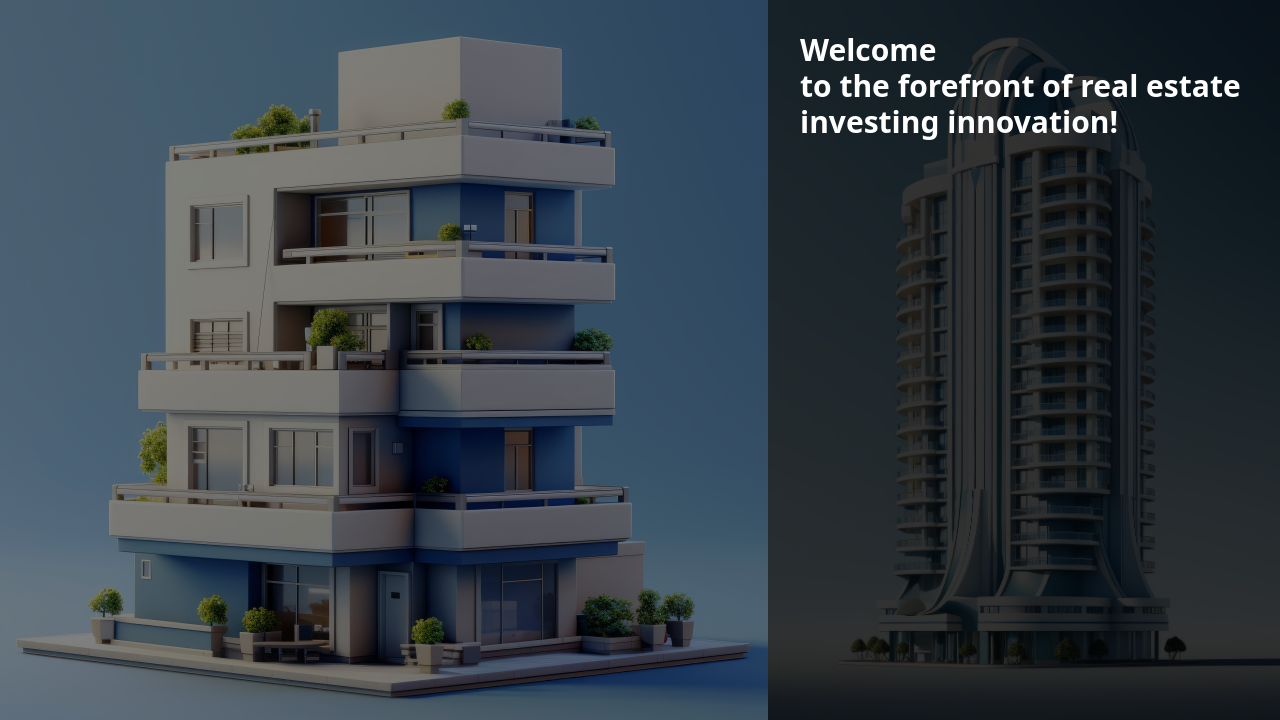
Repository: brytemenz/investnest-landing
Page: /
These files come from the project's save history. The page is drawn as it stood at one moment and after the next save; the edit follows.
The browser window is 1280 px wide. The pictures show the whole page.
The project was rebuilt for these pictures with package versions that can differ from the ones it lists, and the page was loaded fresh each time. Also part of the build but not shown: vite.config.js.

Above is the page before, as saved 2024-05-28 19:21:03.

After the next save:
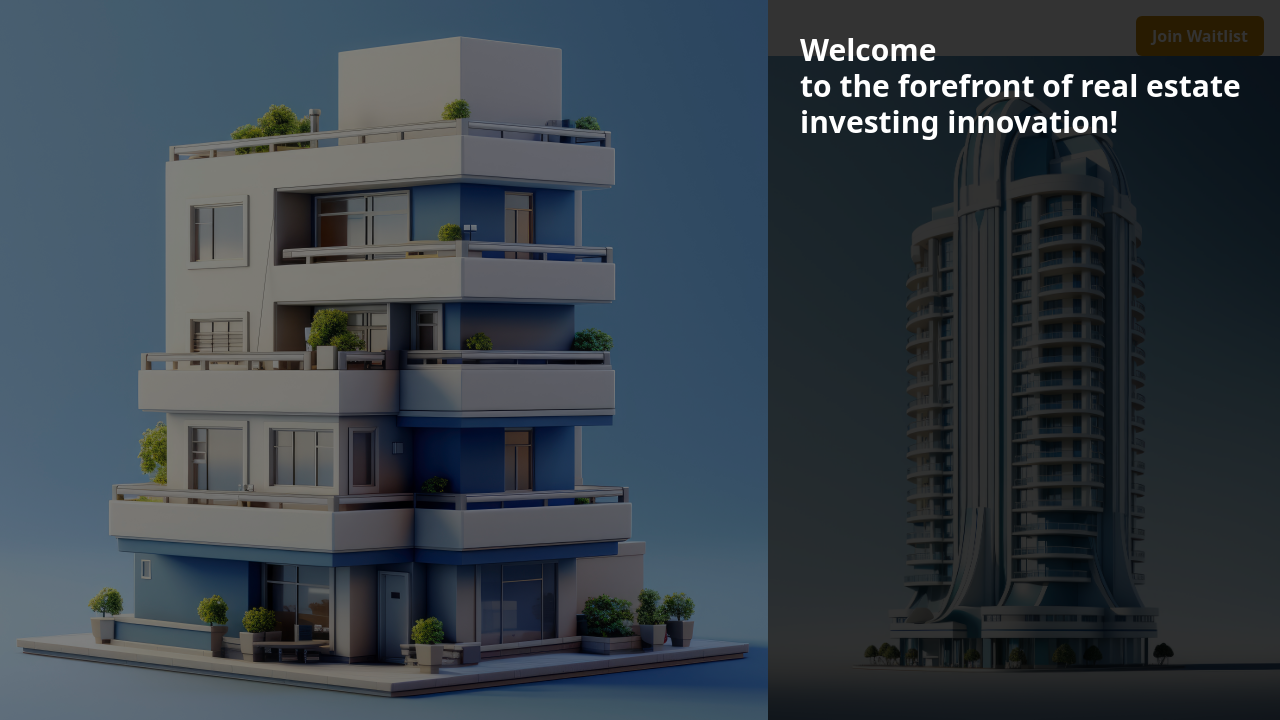
Saved 8 s later.
--- a/src/pages/landingPage.jsx
+++ b/src/pages/landingPage.jsx
@@ -13,6 +13,8 @@
       </div>
 
       <div className="w-2/5 relative flex flex-col justify-end">
+      <button className="bg-yellow-600 text-white px-4 py-2 rounded-md font-bold mt-4 mr-4 self-end">Join Waitlist</button>
+
         <div className="bg-cover bg-center h-full" style={{ backgroundImage: `url(${rightImage})` }}>
           <div className="absolute inset-0 bg-black bg-opacity-80 flex flex-col justify-start items-start text-white px-8">
             <div className="mt-8 text-left">

After the save that followed:
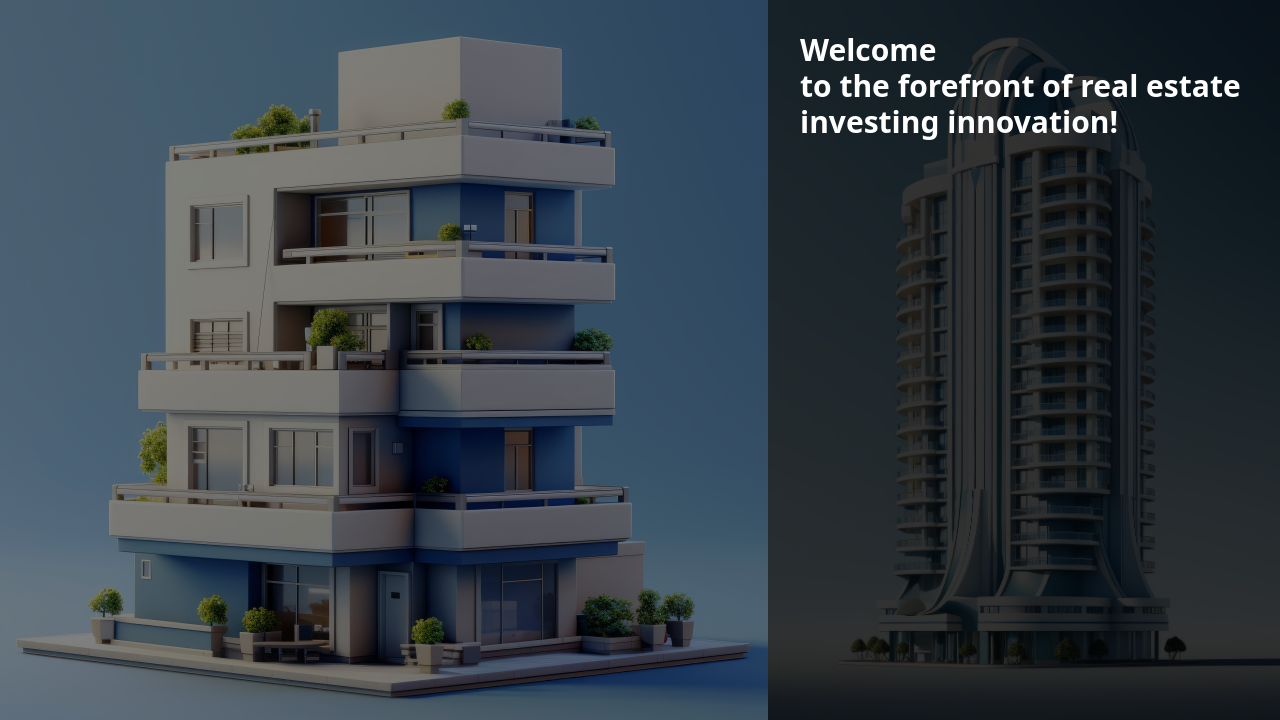
Saved 5 s later.
--- a/src/pages/landingPage.jsx
+++ b/src/pages/landingPage.jsx
@@ -13,7 +13,6 @@
       </div>
 
       <div className="w-2/5 relative flex flex-col justify-end">
-      <button className="bg-yellow-600 text-white px-4 py-2 rounded-md font-bold mt-4 mr-4 self-end">Join Waitlist</button>
 
         <div className="bg-cover bg-center h-full" style={{ backgroundImage: `url(${rightImage})` }}>
           <div className="absolute inset-0 bg-black bg-opacity-80 flex flex-col justify-start items-start text-white px-8">
